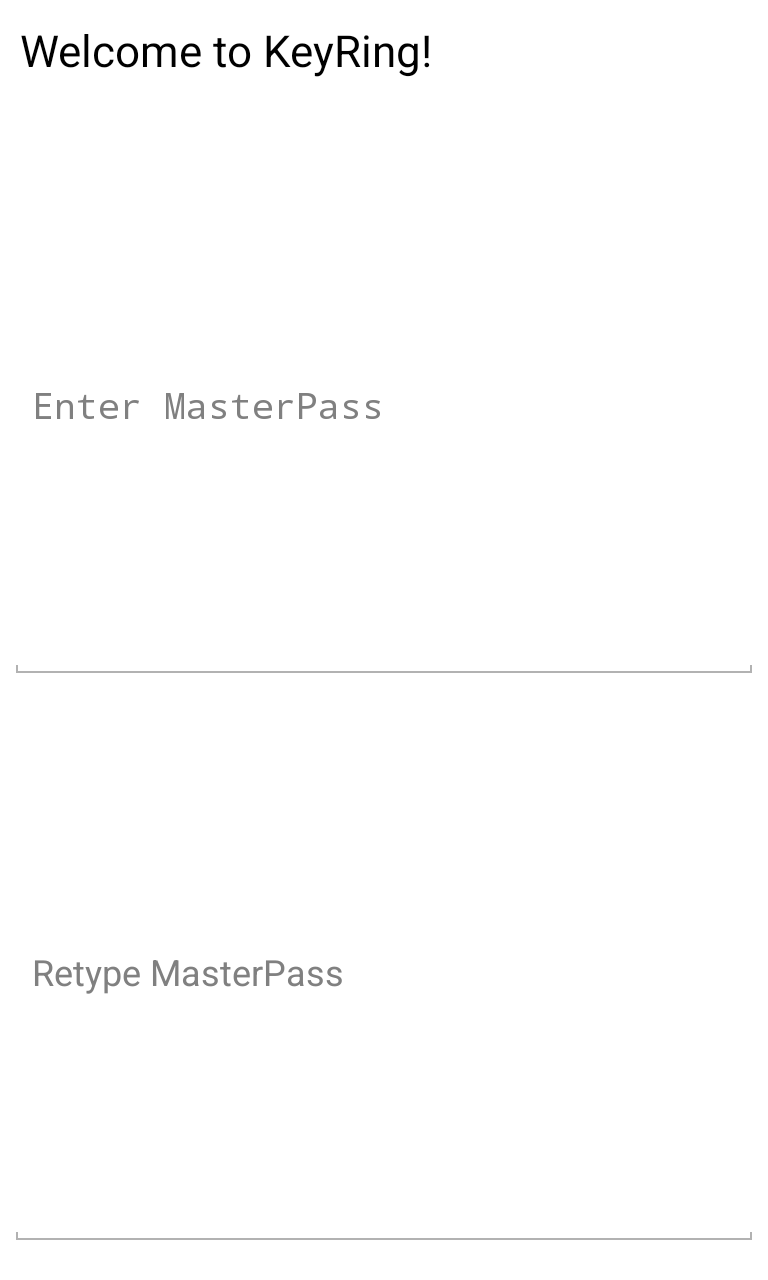
Repository: MarinIuliana/UPB-DILS-MD
Layout: KeyRing/res/layout/masterpass_setup_dialog.xml
The author's editor kept a copy of each file at every save. The layout is drawn from the files as they stood at one save, then again after the next save.
It is drawn on a 768 x 1280 px phone screen (xhdpi) without system bars, with theme AppTheme; the app's code is not run.

Above is the layout before, as saved 2013-11-10 12:45:42.

After the next save:
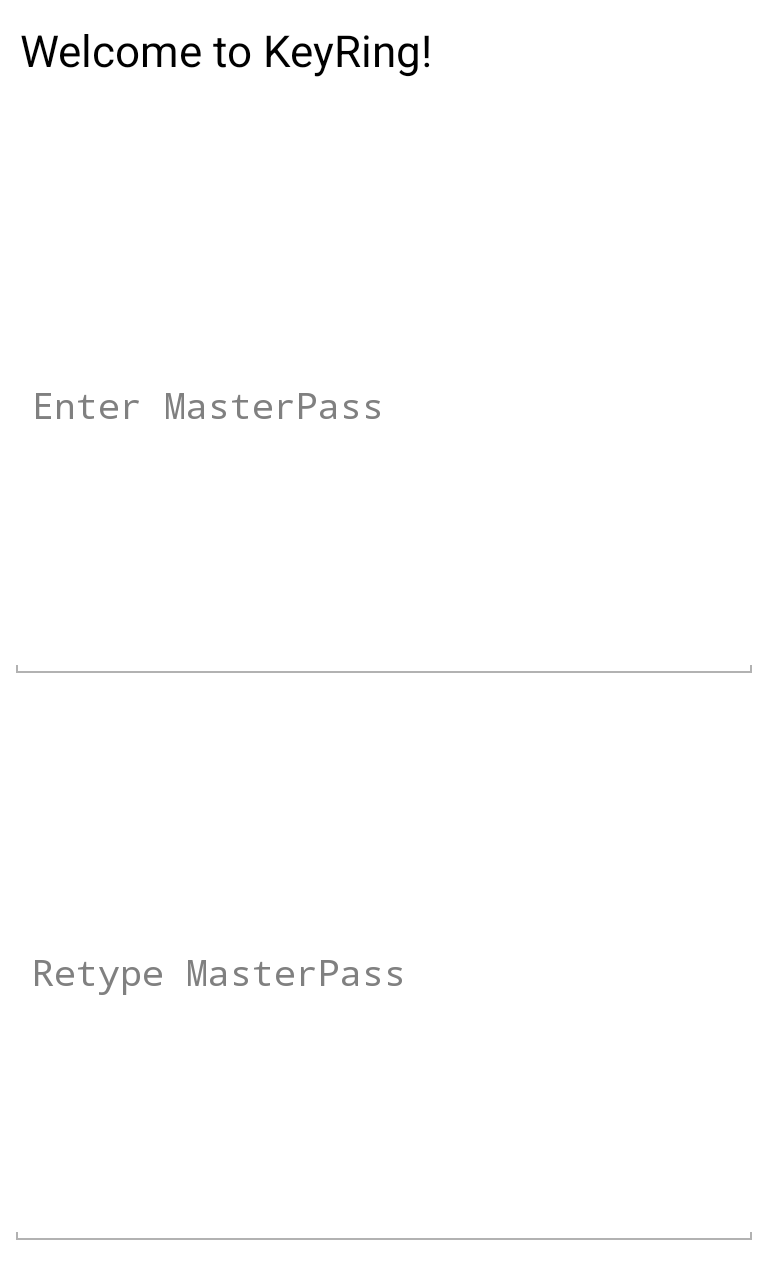
Saved 101 s later.
--- a/KeyRing/res/layout/masterpass_setup_dialog.xml
+++ b/KeyRing/res/layout/masterpass_setup_dialog.xml
@@ -33,7 +33,6 @@
         android:layout_marginRight="4dp"
         android:layout_marginTop="4dp"
         android:layout_weight="1"
-        android:fontFamily="sans-serif"
         android:hint="@string/masterPassSetup2"
         android:inputType="textPassword" />
 
